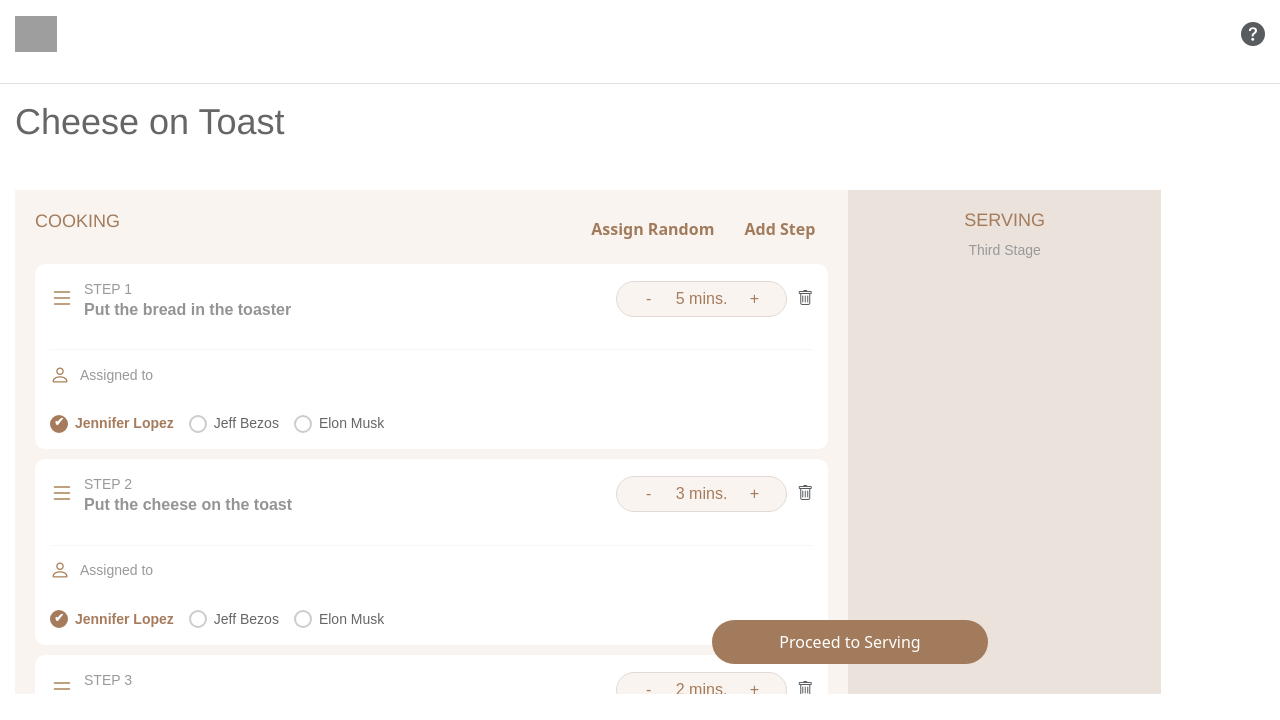
Repository: devashrisamani/SMC
Page: assign.html
These files come from the project's save history. The page is drawn as it stood at one moment and after the next save; the edit follows.
The browser window is 1280 px wide. The pictures show the whole page.
Pictures or frames that could not be fetched are drawn as grey boxes. An inner scrolling area shows only its first screen. Some web libraries are served in a nearby version.

Above is the page before, as saved 2024-10-10 14:17:44.

### assign.html
<!DOCTYPE html>
<html lang="en">
  <head>
    <meta charset="UTF-8" />
    <meta name="viewport" content="width=device-width, initial-scale=1.0" />
    <link
      href="https://cdn.jsdelivr.net/npm/bootstrap@5.3.0-alpha1/dist/css/bootstrap.min.css"
      rel="stylesheet"
    />
    <link
      href="https://cdn.jsdelivr.net/npm/bootstrap-icons/font/bootstrap-icons.css"
      rel="stylesheet"
    />
    <link rel="stylesheet" href="styles.css" />
    <title>Assign Page</title>
    <style>
      /* Set the fixed height and scrollable container */
      .items-needed {
        background-color: #f9f4ef;
        height: 400px; /* Fixed height for the container */
        overflow-y: auto; /* Enable vertical scrolling */
        padding: 20px;
      }

      .list-group {
        margin: 0;
        padding: 0;
        list-style-type: none;
      }

      .step-item {
        border: 1px solid #ddd;
        border-radius: 10px;
        padding: 15px;
        background-color: #f9f9f9;
        margin-bottom: 10px;
      }

      .handle-icon {
        margin-right: 10px;
        font-size: 24px;
        color: #a67c52;
      }

      .step-info {
        display: inline-block;
      }

      .step-number {
        margin: 0;
        font-size: 12px;
        color: #a67c52;
      }

      .step-title {
        margin: 0;
        font-size: 16px;
        font-weight: bold;
        color: #949494;
      }

      .step-divider {
        border: none;
        border-top: 1px solid #ddd;
        margin: 10px 0;
      }

      .step-header {
        display: flex;
        align-items: center;
        justify-content: flex-start; /* Align everything to the left */
        gap: 10px; /* Space between the elements */
      }

      .step-timer {
        display: flex;
        align-items: center;
        border: 1px solid #e3dad5;
        border-radius: 25px;
        padding: 5px 15px;
        background-color: #f9f4ef;
        flex-shrink: 0; /* Prevent the timer from shrinking */
      }

      .delete-step {
        margin-left: 10px;
        cursor: pointer;
        flex-shrink: 0; /* Prevent it from being pushed away */
      }

      .timer-btn {
        background-color: #f9f4ef;
        border: none; /* Remove the default button border */
        border-radius: 50%; /* Makes the button round */
        width: 24px;
        height: 24px;
        display: inline-flex;
        justify-content: center;
        align-items: center;
        color: #a67b5c; /* Set the color to match the design */
        cursor: pointer;
        margin: 0 5px;
      }

      .timer-btn:hover {
        background-color: #eae2db;
      }

      .step-timer span {
        color: #a67b5c;
        font-weight: 500; /* Add some weight to the text */
        margin: 0 10px; /* Adjusts the spacing around the time text */
      }

      .delete-step:hover {
        color: #333;
      }

      .step-body {
        margin-top: 10px;
        display: flex;
        flex-direction: column;
        align-items: flex-start;
      }

      .assigned-users {
        display: flex;
        gap: 15px;
        margin-left: 0;
        margin-top: 10px;
      }

      .assigned-text {
        margin-left: 0;
      }

      .task-icon {
        font-size: 20px;
        color: #a67c52;
        margin-right: 10px;
      }

      /* radio buttons */

      /* Hide default radio buttons */
      .user-option input[type="radio"] {
        opacity: 0;
        position: absolute;
      }

      /* Custom radio button styles */
      .user-option {
        display: inline-flex;
        align-items: center;
        font-size: 14px;
        color: #666;
        cursor: pointer;
      }

      .user-option input[type="radio"] + span {
        display: inline-flex;
        align-items: center;
        gap: 8px;
        position: relative;
        padding-left: 25px; /* Space for the custom circle */
        color: #666; /* Default text color */
        font-weight: normal; /* Normal weight for unselected */
      }

      .user-option input[type="radio"] + span::before {
        content: "";
        display: inline-block;
        width: 18px;
        height: 18px;
        border-radius: 50%;
        border: 2px solid #ccc;
        position: absolute;
        left: 0;
        background-color: white; /* Background for unselected radio */
      }

      /* Style for the checked radio button */
      .user-option input[type="radio"]:checked + span::before {
        border-color: #a67b5c; /* Change border color for selected radio */
        background-color: #a67b5c; /* Fill the circle */
      }

      /* Add the checkmark inside the circle */
      .user-option input[type="radio"]:checked + span::after {
        content: "✔";
        position: absolute;
        left: 4px;
        top: 0;
        font-size: 12px;
        color: white;
      }

      /* Highlight the text when selected */
      .user-option input[type="radio"]:checked + span {
        color: #a67b5c; /* Change the text color when checked */
        font-weight: bold; /* Make the selected name bold */
      }
    </style>
  </head>
  <body>
    <!-- Header -->
    <header class="container-fluid border-bottom py-3">
      <div class="d-flex justify-content-between align-items-center">
        <!-- Logo -->
        <div>
          <img src="img/logomark.svg" alt="Logo" class="logo" />
        </div>

        <!-- Help Icon -->
        <div>
          <i class="bi bi-question-circle-fill fs-4 text-muted"></i>
        </div>
      </div>
    </header>

    <!-- Title and Retry Button -->
    <section class="container-fluid py-3">
      <div class="d-flex justify-content-between align-items-center">
        <!-- Title -->
        <h1 class="header-title">Cheese on Toast</h1>
      </div>
    </section>
    <!-- Main Content -->
    <section class="container-fluid py-3">
      <div class="row position-relative">
        <!-- First Rectangle: Items Needed -->
        <div class="col-md-8 rectangle items-needed">
          <div class="d-flex justify-content-between align-items-center mb-3">
            <!-- Title (Items Needed) -->
            <h4 class="items-title">COOKING</h4>

            <!-- Add Ingredient and Refresh Button -->
            <div>
              <button class="btn btn-link add-ingredient">Assign Random</button>
              <button class="btn btn-link add-ingredient">Add Step</button>
              <!-- <button class="btn btn-link refresh-btn">
                <i class="bi bi-arrow-clockwise"></i>
              </button> -->
            </div>
          </div>

          <!-- Ingredients will be added here -->
          <ul class="list-group ingredients-list" id="sortable-list">
            <!-- First Step -->
            <li class="step-item list-group-item">
              <div
                class="step-header d-flex align-items-center justify-content-between"
              >
                <!-- Step handle and title -->
                <div class="d-flex align-items-center">
                  <i class="bi bi-list handle-icon"></i>
                  <div class="step-info">
                    <p class="step-number">STEP 1</p>
                    <h4 class="step-title">Put the bread in the toaster</h4>
                  </div>
                </div>
                <!-- Timer and delete icon grouped together -->
                <div class="d-flex align-items-center">
                  <div class="step-timer">
                    <button class="timer-btn">-</button>
                    <span>5 mins.</span>
                    <button class="timer-btn">+</button>
                  </div>
                  <i class="bi bi-trash text-muted delete-step ml-2"></i>
                </div>
              </div>
              <!-- Horizontal line to separate sections -->
              <hr class="step-divider" />
              <div class="step-body">
                <div class="d-flex align-items-center">
                  <!-- Task icon before "Assigned to" -->
                  <i class="bi bi-person task-icon"></i>
                  <p class="assigned-text mb-0">Assigned to</p>
                </div>
                <!-- Radio buttons below "Assigned to" text -->
                <div class="assigned-users mt-2">
                  <label class="user-option">
                    <input type="radio" name="assigned-user-1" checked />
                    <span>Jennifer Lopez</span>
                  </label>
                  <label class="user-option">
                    <input type="radio" name="assigned-user-1" />
                    <span>Jeff Bezos</span>
                  </label>
                  <label class="user-option">
                    <input type="radio" name="assigned-user-1" />
                    <span>Elon Musk</span>
                  </label>
                </div>
              </div>
            </li>

            <!-- Second Step -->
            <li class="step-item list-group-item">
              <div
                class="step-header d-flex align-items-center justify-content-between"
              >
                <!-- Step handle and title -->
                <div class="d-flex align-items-center">
                  <i class="bi bi-list handle-icon"></i>
                  <div class="step-info">
                    <p class="step-number">STEP 2</p>
                    <h4 class="step-title">Put the cheese on the toast</h4>
                  </div>
                </div>
                <!-- Timer and delete icon grouped together -->
                <div class="d-flex align-items-center">
                  <div class="step-timer">
                    <button class="timer-btn">-</button>
                    <span>3 mins.</span>
                    <button class="timer-btn">+</button>
                  </div>
                  <i class="bi bi-trash text-muted delete-step ml-2"></i>
                </div>
              </div>
              <!-- Horizontal line to separate sections -->
              <hr class="step-divider" />
              <div class="step-body">
                <div class="d-flex align-items-center">
                  <!-- Task icon before "Assigned to" -->
                  <i class="bi bi-person task-icon"></i>
                  <p class="assigned-text mb-0">Assigned to</p>
                </div>
                <!-- Radio buttons below "Assigned to" text -->
                <div class="assigned-users mt-2">
                  <label class="user-option">
                    <input type="radio" name="assigned-user-2" checked />
                    <span>Jennifer Lopez</span>
                  </label>
                  <label class="user-option">
                    <input type="radio" name="assigned-user-2" />
                    <span>Jeff Bezos</span>
                  </label>
                  <label class="user-option">
                    <input type="radio" name="assigned-user-2" />
                    <span>Elon Musk</span>
                  </label>
                </div>
              </div>
            </li>

            <!-- Third Step -->
            <li class="step-item list-group-item">
              <div
                class="step-header d-flex align-items-center justify-content-between"
              >
                <!-- Step handle and title -->
                <div class="d-flex align-items-center">
                  <i class="bi bi-list handle-icon"></i>
                  <div class="step-info">
                    <p class="step-number">STEP 3</p>
                    <h4 class="step-title">Serve the toast</h4>
                  </div>
                </div>
                <!-- Timer and delete icon grouped together -->
                <div class="d-flex align-items-center">
                  <div class="step-timer">
                    <button class="timer-btn">-</button>
                    <span>2 mins.</span>
                    <button class="timer-btn">+</button>
                  </div>
                  <i class="bi bi-trash text-muted delete-step ml-2"></i>
                </div>
              </div>
              <!-- Horizontal line to separate sections -->
              <hr class="step-divider" />
              <div class="step-body">
                <div class="d-flex align-items-center">
                  <!-- Task icon before "Assigned to" -->
                  <i class="bi bi-person task-icon"></i>
                  <p class="assigned-text mb-0">Assigned to</p>
                </div>
                <!-- Radio buttons below "Assigned to" text -->
                <div class="assigned-users mt-2">
                  <label class="user-option">
                    <input type="radio" name="assigned-user-3" checked />
                    <span>Jennifer Lopez</span>
                  </label>
                  <label class="user-option">
                    <input type="radio" name="assigned-user-3" />
                    <span>Jeff Bezos</span>
                  </label>
                  <label class="user-option">
                    <input type="radio" name="assigned-user-3" />
                    <span>Elon Musk</span>
                  </label>
                </div>
              </div>
            </li>
          </ul>
        </div>

        <!-- Third Rectangle: Serving -->
        <div class="col-md-3 rectangle serving">
          <h5>SERVING</h5>
          <p>Third Stage</p>
        </div>

        <!-- Button inside both Cooking and Serving -->
        <div class="proceed-btn-wrapper position-absolute">
          <button class="btn btn-primary proceed-btn">
            Proceed to Serving
          </button>
        </div>
      </div>
    </section>
    <script src="https://cdn.jsdelivr.net/npm/sortablejs@1.14.0/Sortable.min.js"></script>
    <script>
      // Initialize SortableJS on the list
      let sortable = new Sortable(document.getElementById("sortable-list"), {
        handle: ".handle-icon", // The handle is the icon
        animation: 150, // Smooth animation when dragging
        onEnd: function () {
          updateStepNumbers(); // Update step numbers after rearranging
        },
      });

      // Function to update the step numbers after reordering
      function updateStepNumbers() {
        let stepItems = document.querySelectorAll(".step-item");
        stepItems.forEach((item, index) => {
          // Update the step number
          item.querySelector(".step-number").textContent = `STEP ${index + 1}`;
        });
      }
    </script>
  </body>
</html>

### styles.css
/* Custom styles for the header */
html,
body {
  margin: 0;
  padding: 0;
  overflow-x: hidden; /* Hide horizontal scrolling */
}

.logo {
  width: 42px;
  height: 36px;
}

.bi-question-circle-fill {
  color: #a27b5c;
}

.border-bottom {
  border-color: #eee;
}

/* Title Section */
.header-title {
  font-family: "Calistoga-Regular", Helvetica, sans-serif;
  color: #666666;
  font-size: 36px;
  margin: 0;
}

.retry-btn {
  border-color: #a27b5c;
  color: #a27b5c;
  border-radius: 20px;
}

.retry-btn:hover {
  background-color: #a27b5c;
  color: #fff;
}

.container-fluid {
  max-width: 100vw; /* Ensure it does not exceed the viewport width */
  padding-right: 15px;
  padding-left: 15px;
  box-sizing: border-box;
}

.row {
  margin-right: 0;
  margin-left: 0;
}
/* Styling for the three rectangles */

.rectangle {
  background-color: #f7f3ef;
  padding: 20px;
  /* height: 100%; */
  min-height: 70vh;
}

.items-needed {
  background-color: #f9f4ef;
}

.cooking {
  background-color: #f2eee9;
  text-align: center;
}

.serving {
  background-color: #eae2db;
  text-align: center;
}

/* Title and Text Styles */
.items-title {
  font-family: "Calistoga-Regular", Helvetica, sans-serif;
  color: #a27b5c;
  font-size: 18px;
  margin-bottom: 15px;
}

.ingredients-list .list-group-item {
  border: none;
  border-radius: 10px;
  background-color: #fff;
  margin-bottom: 10px;
  font-family: "DM Sans", sans-serif;
}

.ingredients-list .list-group-item strong {
  font-size: 18px;
  color: #666666;
}

.ingredients-list .list-group-item p {
  font-size: 14px;
  color: #999999;
}

/* Add Ingredient Button */
.add-ingredient {
  color: #a27b5c;
  font-weight: bold;
  text-decoration: none;
}

.cooking h5,
.serving h5 {
  font-family: "Calistoga-Regular", Helvetica, sans-serif;
  font-size: 18px;
  color: #a27b5c;
}

.cooking p,
.serving p {
  font-family: "DM Sans", sans-serif;
  font-size: 14px;
  color: #999999;
}

/* Flexbox for the title and button alignment */
.d-flex {
  display: flex;
  justify-content: space-between;
  align-items: center;
  margin-bottom: 15px;
}

.proceed-btn-wrapper {
  position: absolute;
  bottom: 30px;
  left: 50%;
  transform: translateX(20%);
  width: 100%; /* Ensure it's 100% of its parent, not wider */
  max-width: 300px; /* Prevent it from getting too large */
  overflow: hidden;
}

.proceed-btn {
  width: 100%;
  max-width: 300px;
  background-color: #a27b5c;
  color: #fff;
  border-radius: 50px;
  font-size: 16px;
  padding: 10px 40px;
  border: none;
}

.proceed-btn:hover {
  background-color: #8c6649;
  color: #fff;
}

After the next save:
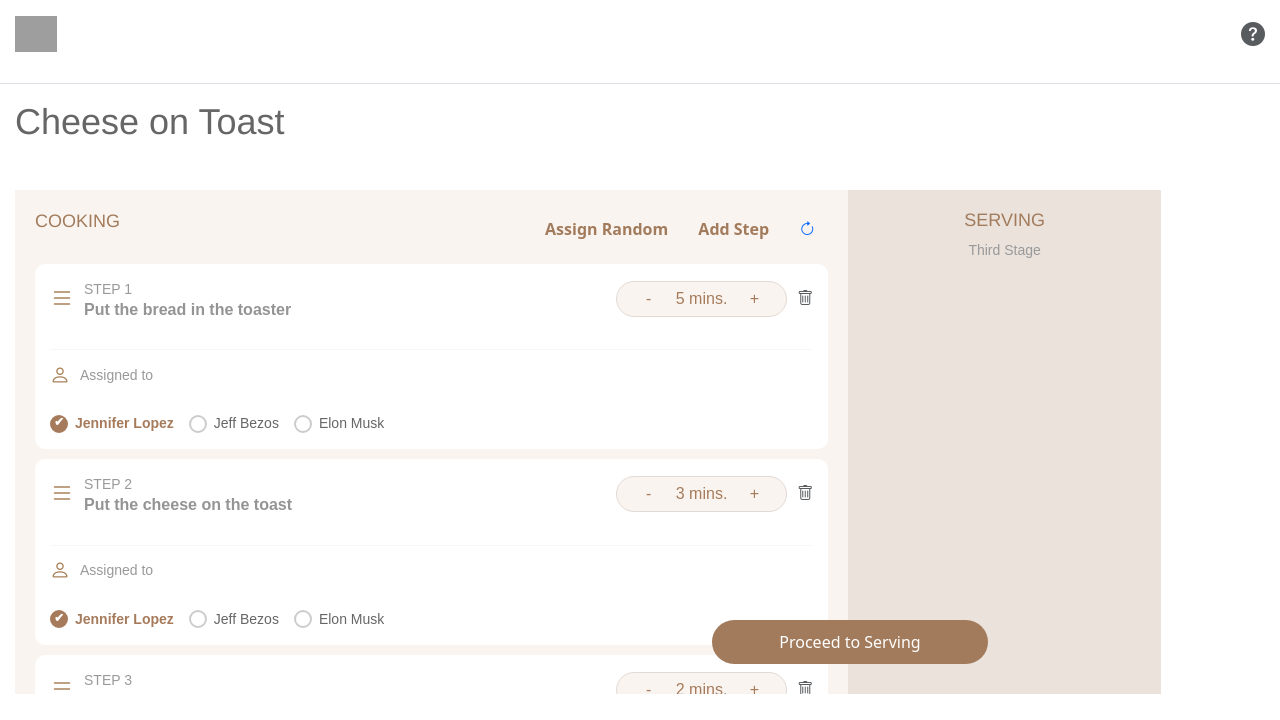
Saved 60 s later.
--- a/assign.html
+++ b/assign.html
@@ -238,9 +238,9 @@
             <div>
               <button class="btn btn-link add-ingredient">Assign Random</button>
               <button class="btn btn-link add-ingredient">Add Step</button>
-              <!-- <button class="btn btn-link refresh-btn">
+              <button class="btn btn-link refresh-btn">
                 <i class="bi bi-arrow-clockwise"></i>
-              </button> -->
+              </button>
             </div>
           </div>
 
